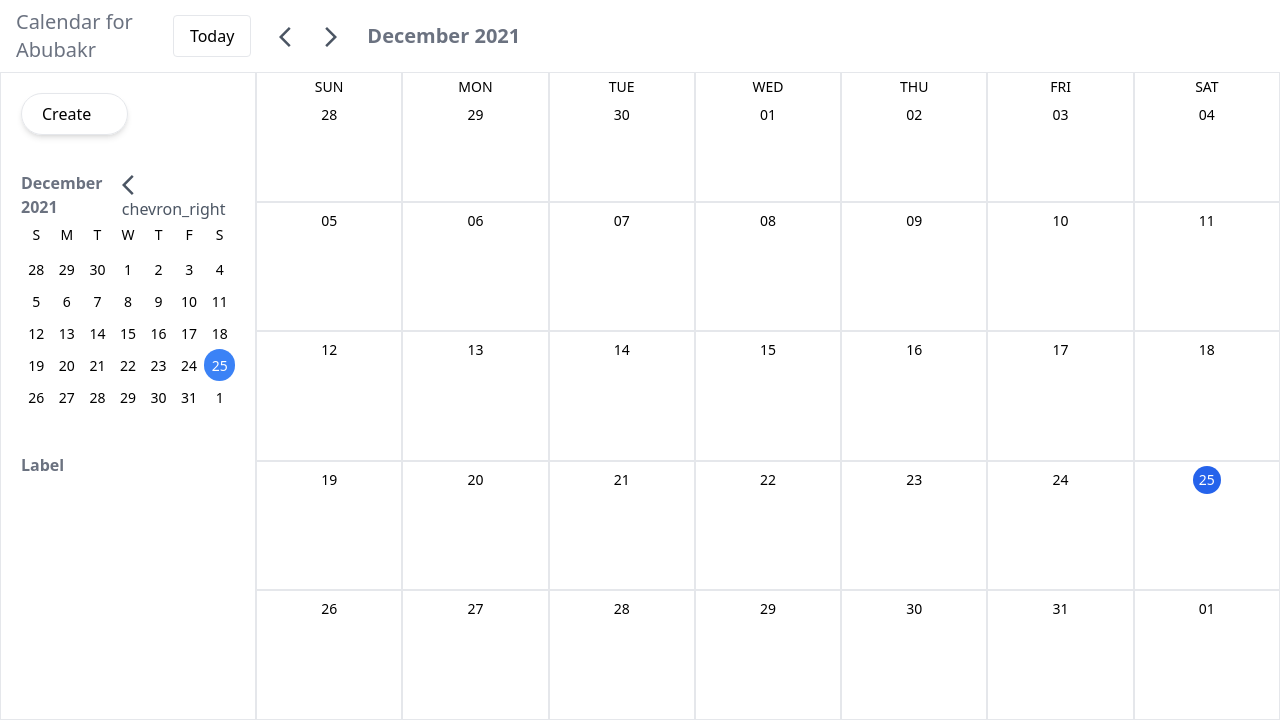
Repository: om1ars/react-calendar
Page: /
An editor plug-in stored every save of this project. The page is shown before and after the next save, followed by the edit.
The browser window is 1280 px wide. The pictures show the whole page.
The project was rebuilt for these pictures with package versions that can differ from the ones it lists, and the page was loaded fresh each time. Also part of the build but not shown: craco.config.js, src/App.css, src/components/EventModal.jsx.

Above is the page before, as saved 2021-12-25 16:31:07.

### src/context/ContextWrapper.jsx
import React, {
  useState,
  useEffect,
  useReducer,
  useMemo,
} from "react";
import GlobalContext from "./GlobalContext";
import dayjs from "dayjs";

function savedEventsReducer(state, { type, payload }) {
  switch (type) {
    case "push":
      return [...state, payload];
    case "update":
      return state.map((evt) =>
        evt.id === payload.id ? payload : evt
      );
    case "delete":
      return state.filter((evt) => evt.id !== payload.id);
    default:
      throw new Error();
  }
}
function initEvents() {
  const storageEvents = localStorage.getItem("savedEvents");
  const parsedEvents = storageEvents ? JSON.parse(storageEvents) : [];
  return parsedEvents;
}

export default function ContextWrapper(props) {
  const [monthIndex, setMonthIndex] = useState(dayjs().month());
  const [smallCalendarMonth, setSmallCalendarMonth] = useState(null);
  const [daySelected, setDaySelected] = useState(dayjs());
  const [showEventModal, setShowEventModal] = useState(false);
  const [selectedEvent, setSelectedEvent] = useState(null);
  const [labels, setLabels] = useState([]);
  const [savedEvents, dispatchCalEvent] = useReducer(
    savedEventsReducer,
    [],
    initEvents
  );

  const filteredEvents = useMemo(() => {
    return savedEvents.filter((evt) =>
      labels
        .filter((lbl) => lbl.checked)
        .map((lbl) => lbl.label)
        .includes(evt.label)
    );
  }, [savedEvents, labels]);

  useEffect(() => {
    localStorage.setItem("savedEvents", JSON.stringify(savedEvents));
  }, [savedEvents]);

  useEffect(() => {
    setLabels((prevLabels) => {
      return [...new Set(savedEvents.map((evt) => evt.label))].map(
        (label) => {
          const currentLabel = prevLabels.find(
            (lbl) => lbl.label === label
          );
          return {
            label,
            checked: currentLabel ? currentLabel.checked : true,
          };
        }
      );
    });
  }, [savedEvents]);

  useEffect(() => {
    if (smallCalendarMonth !== null) {
      setMonthIndex(smallCalendarMonth);
    }
  }, [smallCalendarMonth]);

  useEffect(() => {
    if (!showEventModal) {
      setSelectedEvent(null);
    }
  }, [showEventModal]);

  function updateLabel(label) {
    setLabels(
      labels.map((lbl) => (lbl.label === label.label ? label : lbl))
    );
  }

  return (
    <GlobalContext.Provider
      value={{
        monthIndex,
        setMonthIndex,
        smallCalendarMonth,
        setSmallCalendarMonth,
        daySelected,
        setDaySelected,
        showEventModal,
        setShowEventModal,
        dispatchCalEvent,
        selectedEvent,
        setSelectedEvent,
        savedEvents,
        setLabels,
        labels,
        updateLabel,
        filteredEvents,
      }}
    >
      {props.children}
    </GlobalContext.Provider>
  );
}

### src/components/CalendarHeader.tsx
import dayjs from "dayjs";
import React, { useContext } from "react";
import GlobalContext from "../context/GlobalContext";
import ArrowBackIosIcon from "@mui/icons-material/ArrowBackIos";
import ArrowForwardIosIcon from "@mui/icons-material/ArrowForwardIos";
export default function CalendarHeader() {
  const { monthIndex, setMonthIndex } = useContext(GlobalContext);
  function handlePrevMonth() {
    setMonthIndex(monthIndex - 1);
  }
  function handleNextMonth() {
    setMonthIndex(monthIndex + 1);
  }
  function handleReset() {
    setMonthIndex(
      monthIndex === dayjs().month()
        ? monthIndex + Math.random()
        : dayjs().month()
    );
  }
  return (
    <header className="px-4 py-2 flex items-center">
      <h1 className="mr-10 text-xl text-gray-500 fond-bold">
        Calendar for
        <br />
        Abubakr
      </h1>
      <button onClick={handleReset} className="border rounded py-2 px-4 mr-5">
        Today
      </button>
      <button onClick={handlePrevMonth}>
        <span className="material-icons-outlined cursor-pointer text-gray-600 mx-2">
          <ArrowBackIosIcon />
        </span>
      </button>
      <button onClick={handleNextMonth}>
        <span className="material-icons-outlined cursor-pointer text-gray-600 mx-2">
          <ArrowForwardIosIcon />
        </span>
      </button>
      <h2 className="ml-4 text-xl text-gray-500 font-bold">
        {dayjs(new Date(dayjs().year(), monthIndex)).format("MMMM YYYY")}
      </h2>
    </header>
  );
}

### src/components/Month.tsx
import React from "react";
import Day from "./Day";
export default function Month({ month }:any) {
  return (
    <div className="flex-1 grid grid-cols-7 grid-rows-5">
      {month.map((row:any, i:any) => (
        <React.Fragment key={i}>
          {row.map((day:any, idx:any) => (
            <Day day={day} key={idx} rowIdx={i} />
          ))}
        </React.Fragment>
      ))}
    </div>
  );
}

### src/components/CreateEventButton.jsx
import React, { useContext } from "react";
import GlobalContext from "../context/GlobalContext";
export default function CreateEventButton() {
  const { setShowEventModal } = useContext(GlobalContext);
  return (
    <button
      onClick={() => setShowEventModal(true)}
      className="border p-2 rounded-full flex items-center shadow-md hover:shadow-2xl"
    >
      <span className="pl-3 pr-7"> Create</span>
    </button>
  );
}

### src/components/SmallCalendar.tsx
import dayjs from "dayjs";
import React, { useContext, useEffect, useState } from "react";
import GlobalContext from "../context/GlobalContext";
import { getMonth } from "../util";
import ArrowBackIosIcon from "@mui/icons-material/ArrowBackIos";
import ArrowForwardIosIcon from "@mui/icons-material/ArrowForwardIos";
export default function SmallCalendar() {
  const [currentMonthIdx, setCurrentMonthIdx] = useState(
    dayjs().month()
  );
  const [currentMonth, setCurrentMonth] = useState(getMonth());
  useEffect(() => {
    setCurrentMonth(getMonth(currentMonthIdx));
  }, [currentMonthIdx]);

  const {
    monthIndex,
    setSmallCalendarMonth,
    setDaySelected,
    daySelected,
  }:any = useContext(GlobalContext);

  useEffect(() => {
    setCurrentMonthIdx(monthIndex);
  }, [monthIndex]);

  function handlePrevMonth() {
    setCurrentMonthIdx(currentMonthIdx - 1);
  }
  function handleNextMonth() {
    setCurrentMonthIdx(currentMonthIdx + 1);
  }
  function getDayClass(day:any) {
    const format = "DD-MM-YY";
    const nowDay = dayjs().format(format);
    const currDay = day.format(format);
    const slcDay = daySelected && daySelected.format(format);
    if (nowDay === currDay) {
      return "bg-blue-500 rounded-full text-white";
    } else if (currDay === slcDay) {
      return "bg-blue-100 rounded-full text-blue-600 font-bold";
    } else {
      return "";
    }
  }
  return (
    <div className="mt-9">
      <header className="flex justify-between">
        <p className="text-gray-500 font-bold">
          {dayjs(new Date(dayjs().year(), currentMonthIdx)).format(
            "MMMM YYYY"
          )}
        </p>
        <div>
          <button onClick={handlePrevMonth}>
            <span className="material-icons-outlined cursor-pointer text-gray-600 mx-2">
<ArrowBackIosIcon />
            </span>
          </button>
          <button onClick={handleNextMonth}>
            <span className="material-icons-outlined cursor-pointer text-gray-600 mx-2">
              chevron_right
            </span>
          </button>
        </div>
      </header>
      <div className="grid grid-cols-7 grid-rows-6">
        {currentMonth[0].map((day:any, i:any) => (
          <span key={i} className="text-sm py-1 text-center">
            {day.format("dd").charAt(0)}
          </span>
        ))}
        {currentMonth.map((row:any, i:any) => (
          <React.Fragment key={i}>
            {row.map((day:any, idx:any) => (
              <button
                key={idx}
                onClick={() => {
                  setSmallCalendarMonth(currentMonthIdx);
                  setDaySelected(day);
                }}
                className={`py-1 w-full ${getDayClass(day)}`}
              >
                <span className="text-sm">{day.format("D")}</span>
              </button>
            ))}
          </React.Fragment>
        ))}
      </div>
    </div>
  );
}

### src/components/Labels.tsx
import React, { useContext } from "react";
import GlobalContext from "../context/GlobalContext";

export default function Labels() {
  const { labels, updateLabel }:any = useContext(GlobalContext);
  return (
    <React.Fragment>
      <p className="text-gray-500 font-bold mt-10">Label</p>
      {labels.map(({ label: lbl, checked }:any, idx:any) => (
        <label key={idx} className="items-center mt-3 block">
          <input
            type="checkbox"
            checked={checked}
            onChange={() =>
              updateLabel({ label: lbl, checked: !checked })
            }
            className={`form-checkbox h-5 w-5 text-${lbl}-400 rounded focus:ring-0 cursor-pointer`}
          />
          <span className="ml-2 text-gray-700 capitalize">{lbl}</span>
        </label>
      ))}
    </React.Fragment>
  );
}

### src/components/Day.jsx
import dayjs from "dayjs";
import React, { useContext, useState, useEffect } from "react";
import GlobalContext from "../context/GlobalContext";

export default function Day({ day, rowIdx }) {
  const [dayEvents, setDayEvents] = useState([]);
  const {
    setDaySelected,
    setShowEventModal,
    filteredEvents,
    setSelectedEvent,
  } = useContext(GlobalContext);

  useEffect(() => {
    const events = filteredEvents.filter(
      (evt) =>
        dayjs(evt.day).format("DD-MM-YY") === day.format("DD-MM-YY")
    );
    setDayEvents(events);
  }, [filteredEvents, day]);

  function getCurrentDayClass() {
    return day.format("DD-MM-YY") === dayjs().format("DD-MM-YY")
      ? "bg-blue-600 text-white rounded-full w-7"
      : "";
  }
  return (
    <div className="border border-gray-200 flex flex-col">
      <header className="flex flex-col items-center">
        {rowIdx === 0 && (
          <p className="text-sm mt-1">
            {day.format("ddd").toUpperCase()}
          </p>
        )}
        <p
          className={`text-sm p-1 my-1 text-center  ${getCurrentDayClass()}`}
        >
          {day.format("DD")}
        </p>
      </header>
      <div
        className="flex-1 cursor-pointer"
        onClick={() => {
          setDaySelected(day);
          setShowEventModal(true);
        }}
      >
        {dayEvents.map((evt, idx) => (
          <div
            key={idx}
            onClick={() => setSelectedEvent(evt)}
            className={`bg-${evt.label}-200 p-1 mr-3 text-gray-600 text-sm rounded mb-1 truncate`}
          >
            {evt.title}
          </div>
        ))}
      </div>
    </div>
  );
}

### tailwind.config.js
module.exports = {
  content: [
    "./src/**/*.{js,jsx,ts,tsx}",
  ],
  theme: {
    extend: {},
  },
  plugins: [require('@tailwindcss/forms')],
}

Loaded but not shown: public/index.html (common file); src/index.tsx (common file); src/index.css (common file); src/App.tsx (common file); src/reportWebVitals.ts (common file); src/util.js (common file); src/components/Sidebar.tsx (common file); src/context/GlobalContext.jsx (common file)

After the next save:
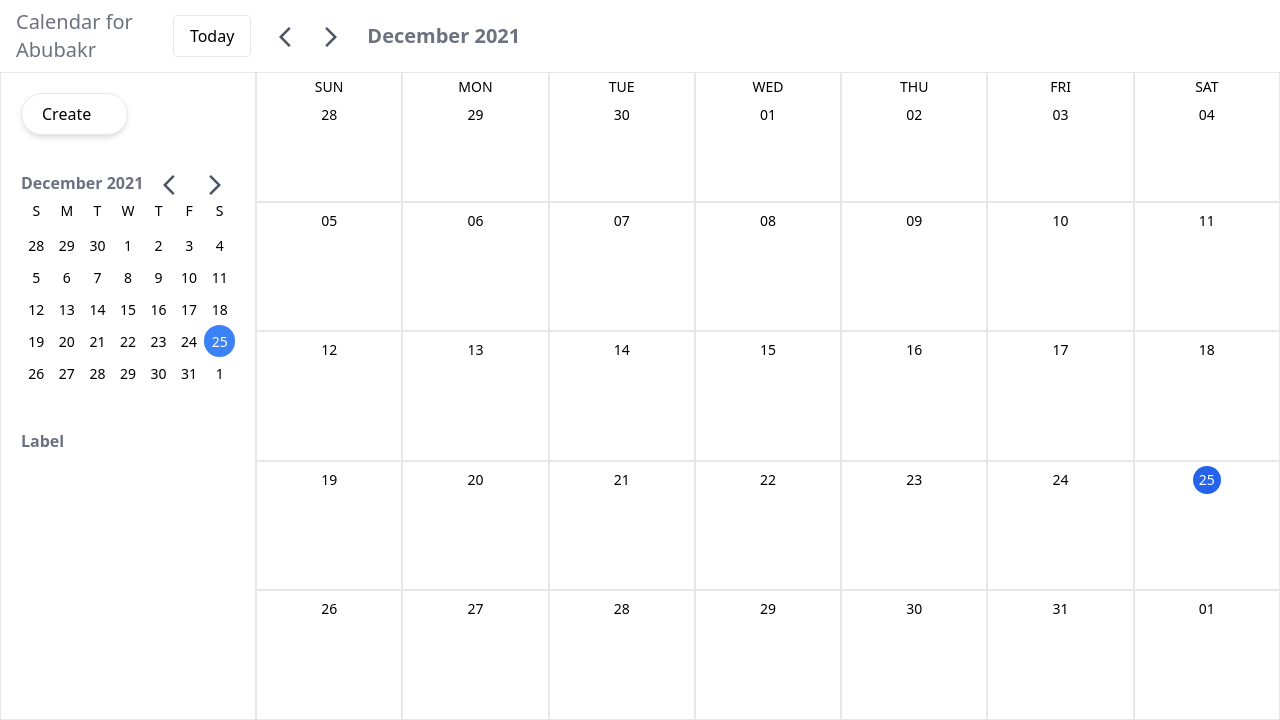
Saved 7 s later.
--- a/src/components/SmallCalendar.tsx
+++ b/src/components/SmallCalendar.tsx
@@ -59,7 +59,7 @@ export default function SmallCalendar() {
           </button>
           <button onClick={handleNextMonth}>
             <span className="material-icons-outlined cursor-pointer text-gray-600 mx-2">
-              chevron_right
+              <ArrowForwardIosIcon />
             </span>
           </button>
         </div>
